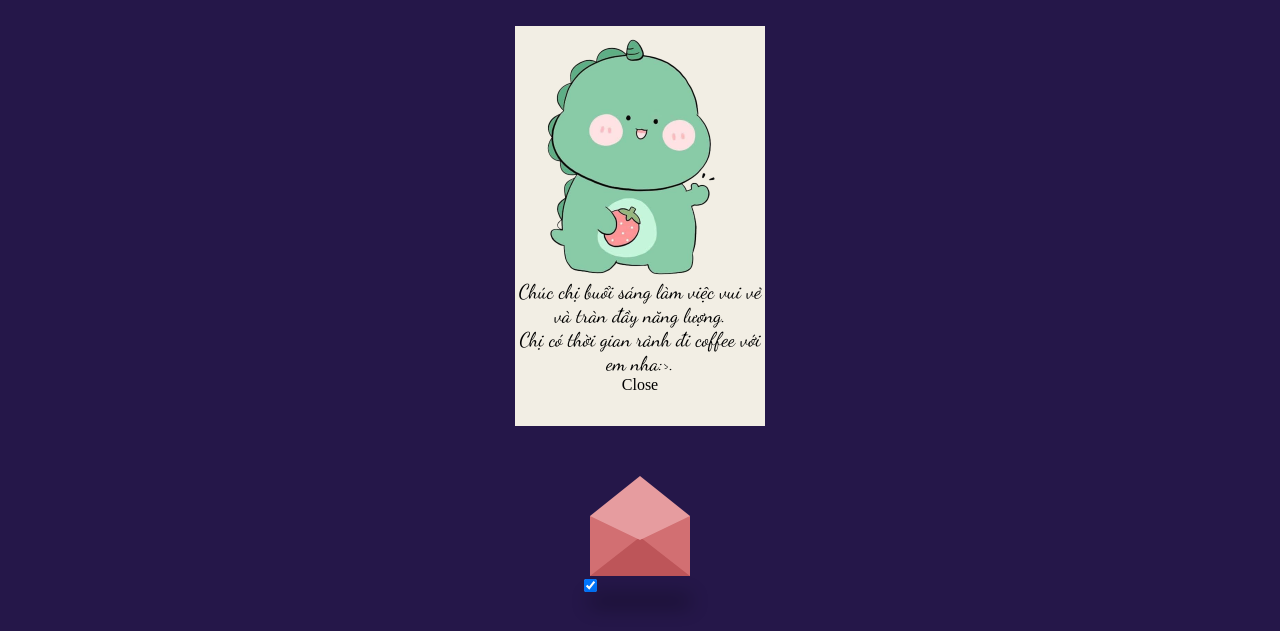
Repository: Dangtrinh28/letter
Page: index.html
The author's editor kept a copy of each file at every save. The page is drawn from the files as they stood at one save, then again after the next save.
The browser window is 1280 px wide. The pictures show the whole page.
The first `input` is checked.

Above is the page before, as saved 2022-12-15 23:56:58.

After the next save:
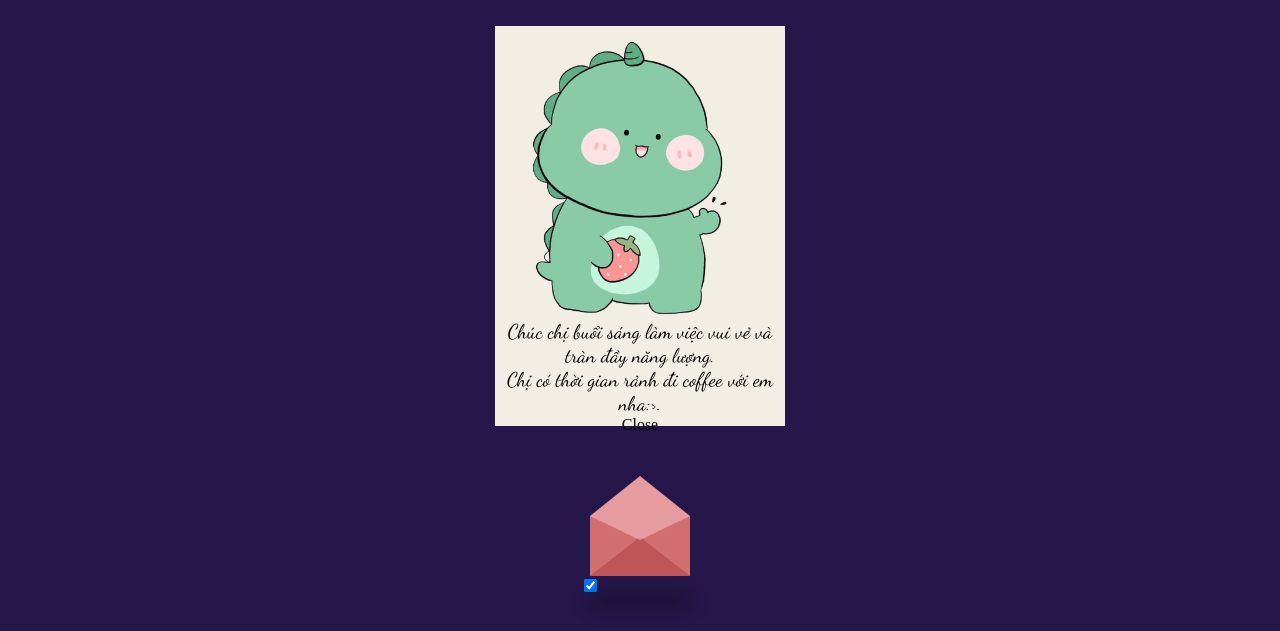
Saved 12 s later.
--- a/main.css
+++ b/main.css
@@ -78,7 +78,7 @@ input {
 
 input:checked ~ .content {
     bottom: 150px;
-    width: 250px;
+    width: 290px;
     height: 400px;
     margin: 0;
     left: 50%;
